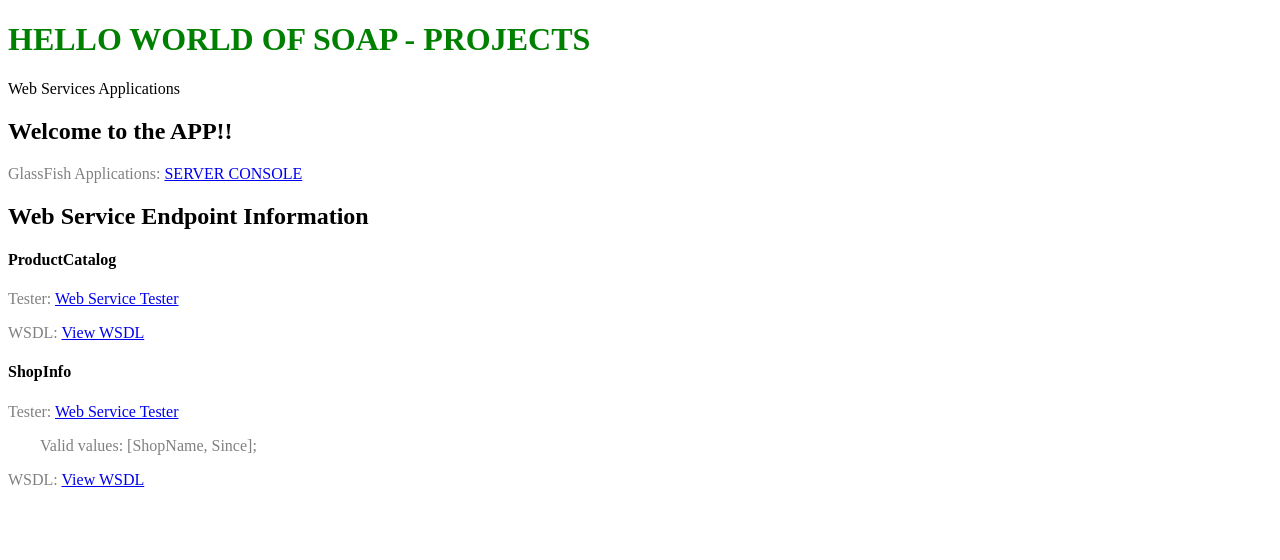
Repository: atafs/BackEnd_JAX-JAX-WS_SOAP
Page: http://localhost/Project_004_SOAP_server_TypesAndBinding/
An editor plug-in stored every save of this project. The page is shown before and after the next save, followed by the edit.
The browser window is 1280 px wide. The pictures show the whole page.
The page is served by Tomcat 9. Other server files are loaded and not shown.

Above is the page before, as saved 2016-01-26 16:38:31.

### Project_004_SOAP_server_TypesAndBinding/WebContent/index.jsp
<%@ page language="java" contentType="text/html; charset=ISO-8859-1"
    pageEncoding="ISO-8859-1"%>
<!DOCTYPE html PUBLIC "-//W3C//DTD HTML 4.01 Transitional//EN" "http://www.w3.org/TR/html4/loose.dtd">
<html>

<!-- HEADER -->
<head>
<meta http-equiv="Content-Type" content="text/html; charset=ISO-8859-1">
<title>WEB SERVICES</title>
</head>

<!-- BODY -->
<body>
	<h1 style="color:green;">HELLO WORLD OF SOAP - PROJECTS</h1>
	<p>Web Services Applications</p>

	<!-- LINKS -->
	<h2>Welcome to the APP!! </h2>
	<p style="color:gray;">GlassFish Applications: <a href="http://localhost:4848/common/index.jsf">SERVER CONSOLE</a></p>

	<h2>Web Service Endpoint Information</h2>
	<h4>ProductCatalog</h4>
	<p style="color:gray;">Tester: <a href="http://atafs:9090/Project_003_SOAP_server_ServiceAndContractFirst/ProductCatalogService?Tester">Web Service Tester</a></p>
	<p style="color:gray;">WSDL: <a href="http://atafs:9090/Project_003_SOAP_server_ServiceAndContractFirst/ProductCatalogService?wsdl">View WSDL</a></p>

	<h4>ShopInfo</h4>
	<p style="color:gray;">Tester: <a href="http://atafs:9090/Project_004_SOAP_server_TypesAndBinding/ShopInfoService?Tester">Web Service Tester</a>
		<p style="text-indent: 2em; color:gray;">Valid values: [ShopName, Since];</p>
	</p>
	<p style="color:gray;">WSDL: <a href="http://atafs:9090/Project_004_SOAP_server_TypesAndBinding/ShopInfoService?wsdl">View WSDL</a></p>


</body>
</html>

After the next save:
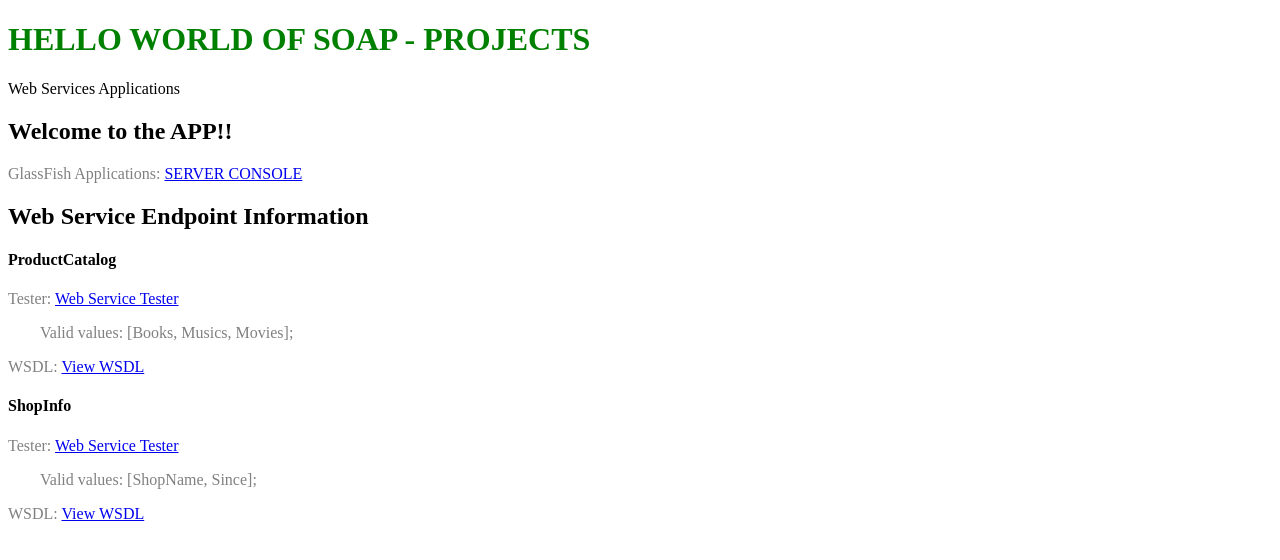
Saved 51 s later.
--- a/Project_004_SOAP_server_TypesAndBinding/WebContent/index.jsp
+++ b/Project_004_SOAP_server_TypesAndBinding/WebContent/index.jsp
@@ -20,7 +20,9 @@
 
 	<h2>Web Service Endpoint Information</h2>
 	<h4>ProductCatalog</h4>
-	<p style="color:gray;">Tester: <a href="http://atafs:9090/Project_003_SOAP_server_ServiceAndContractFirst/ProductCatalogService?Tester">Web Service Tester</a></p>
+	<p style="color:gray;">Tester: <a href="http://atafs:9090/Project_003_SOAP_server_ServiceAndContractFirst/ProductCatalogService?Tester">Web Service Tester</a>
+		<p style="text-indent: 2em; color:gray;">Valid values: [Books, Musics, Movies];</p>
+	</p>
 	<p style="color:gray;">WSDL: <a href="http://atafs:9090/Project_003_SOAP_server_ServiceAndContractFirst/ProductCatalogService?wsdl">View WSDL</a></p>
 
 	<h4>ShopInfo</h4>
